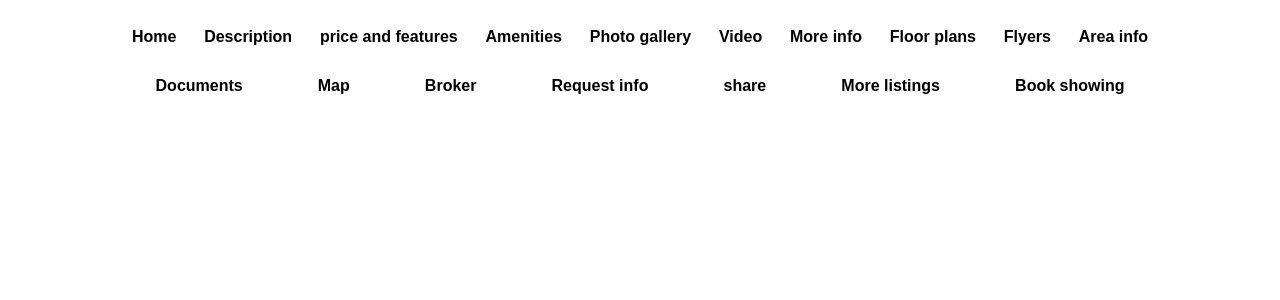
Repository: TMuse333/real-estate-landingpage
Page: /
The author's editor kept a copy of each file at every save. The page is drawn from the files as they stood at one save, then again after the next save.
The browser window is 1280 px wide. The pictures show the whole page.
The project was rebuilt for these pictures with package versions that can differ from the ones it lists, and the page was loaded fresh each time. Also part of the build but not shown: vite.config.js.

Above is the page before, as saved 2023-09-19 16:57:02.

After the next save:
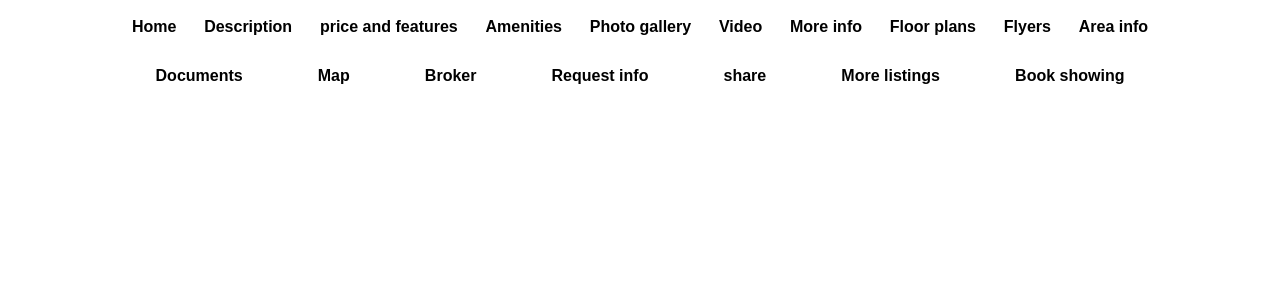
Saved 61 s later.
--- a/src/App.css
+++ b/src/App.css
@@ -99,7 +99,7 @@ gap:10px;
   }
 
   .nav-list{
-    margin-top: -30px;
+    margin-top: -40px;
     display: flex;
     flex-wrap: wrap; /* Allow items to wrap to the next row */
     justify-content: space-around;
